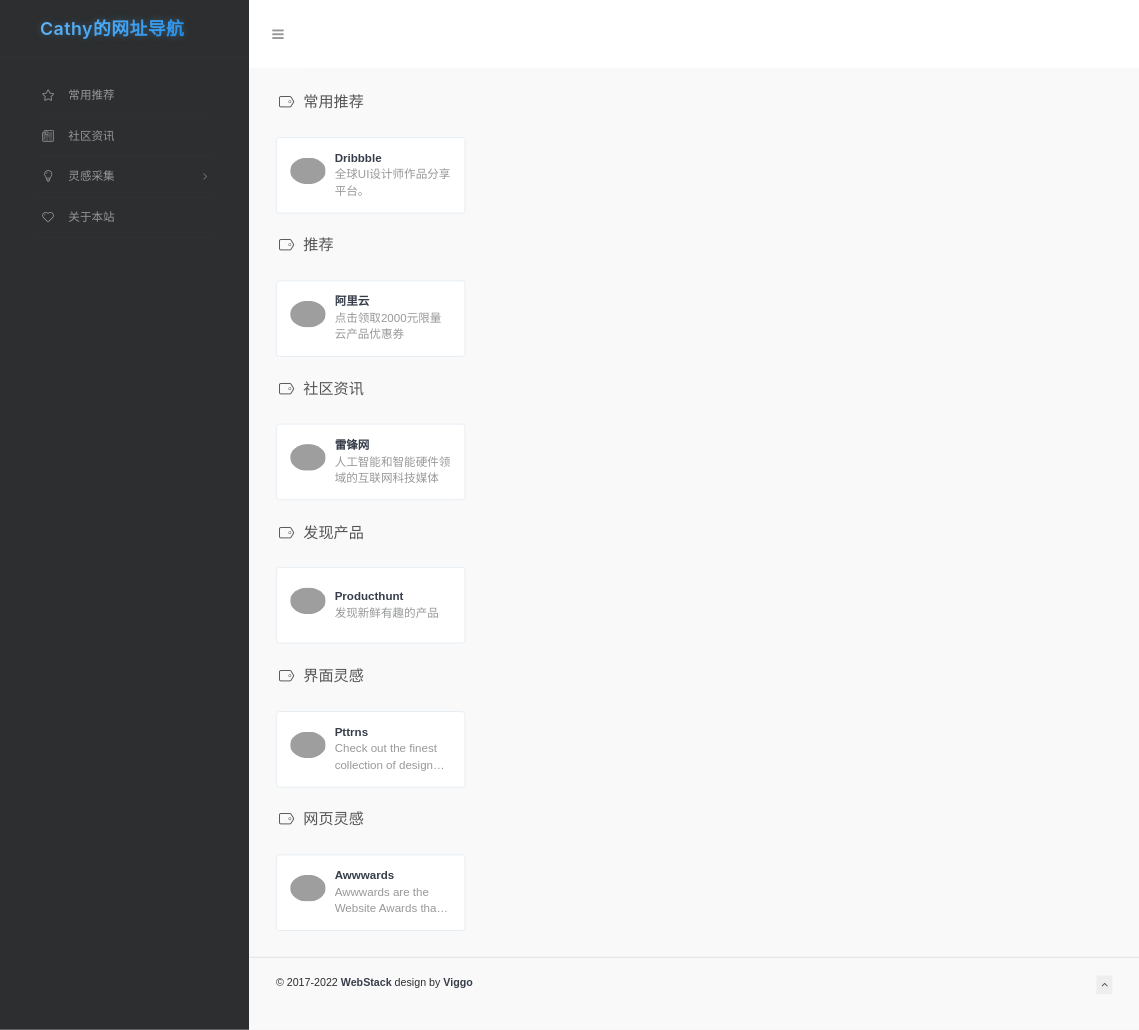
Repository: SweetPomelo0/AINav
Page: cn/index.html
These files come from the project's save history. The page is drawn as it stood at one moment and after the next save; the edit follows.
The browser window is 1280 px wide. The pictures show the whole page, at 89% of full size.
The pointer rests on the first visible `.logo-text`.
Pictures or frames that could not be fetched are drawn as grey boxes.

Above is the page before, as saved 2025-07-24 21:53:58.

After the next save:
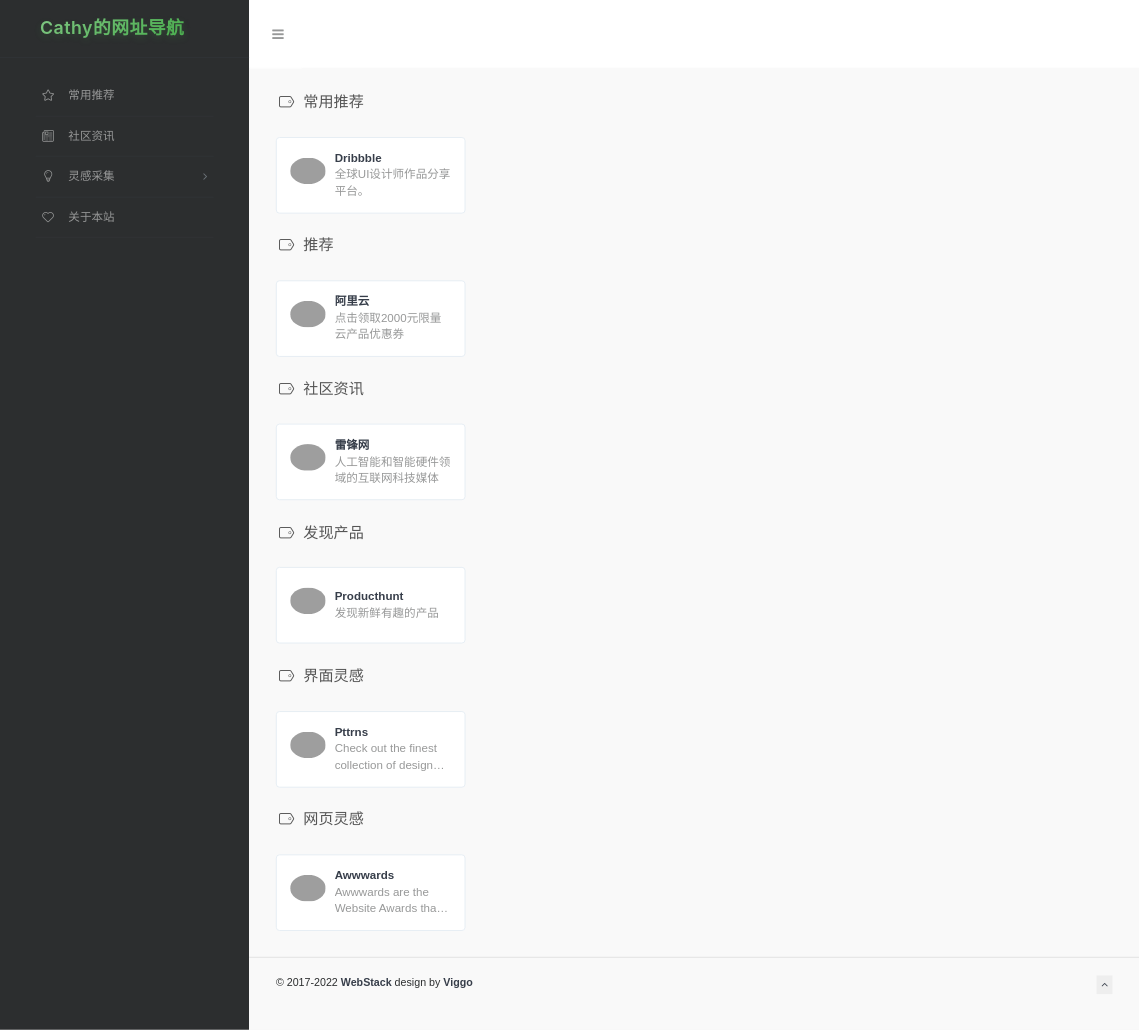
Saved 8 s later.
--- a/cn/index.html
+++ b/cn/index.html
@@ -68,9 +68,13 @@
       }
 
       .logo-text:hover .logo-title {
-        color: #64b5f6;
-        text-shadow: 0 0 10px rgba(100, 181, 246, 0.3);
-      }
+         background: linear-gradient(135deg, #81c784 0%, #66bb6a 50%, #4caf50 100%);
+         -webkit-background-clip: text;
+         -webkit-text-fill-color: transparent;
+         background-clip: text;
+         transform: translateY(-1px);
+         text-shadow: 0 4px 8px rgba(76, 175, 80, 0.2);
+       }
 
       .logo-text:hover .logo-title-collapsed {
         background: linear-gradient(135deg, #64b5f6 0%, #42a5f5 100%);
